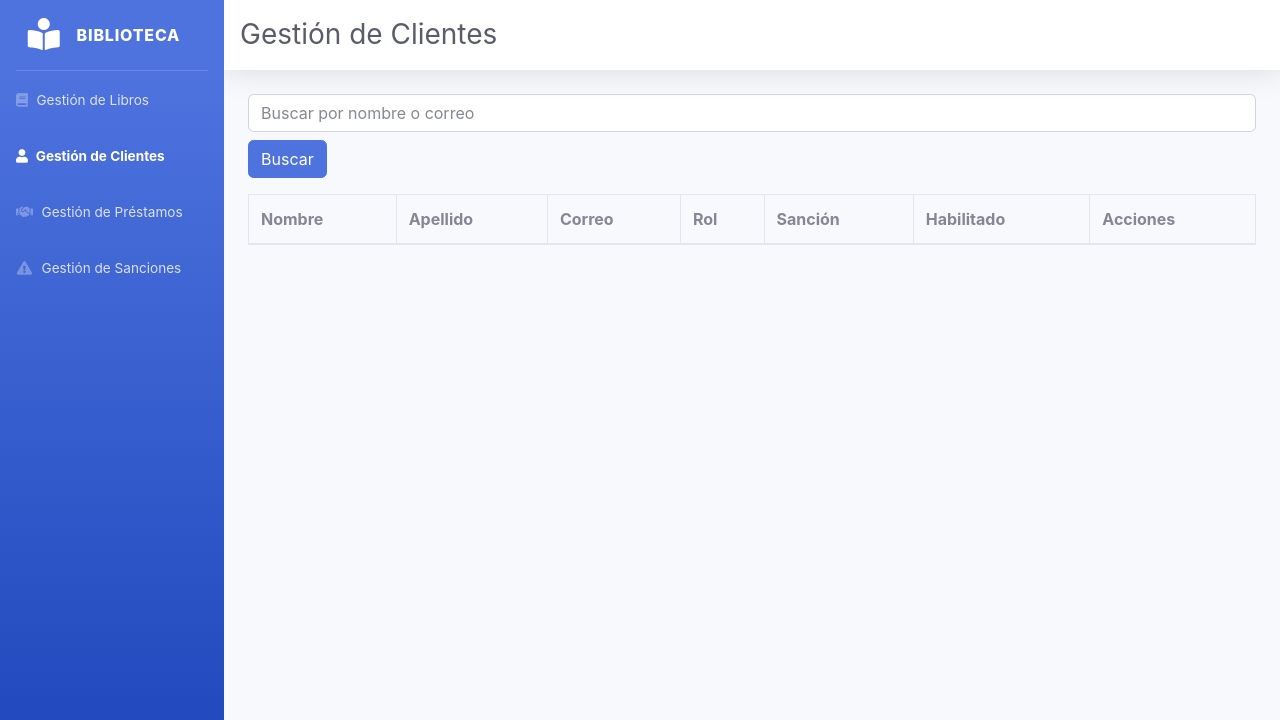
Repository: maycky02/Bibloteca_integrador
Page: http://localhost/admin/clientes
The author's editor kept a copy of each file at every save. The page is drawn from the files as they stood at one save, then again after the next save.
The browser window is 1280 px wide. The pictures show the whole page.
The page is this project's Thymeleaf template; nobody is signed in. Other server files are loaded and not shown. The template is opened directly, without the code that normally fills it, so the values that code supplies are empty.

Above is the page before, as saved 2024-11-27 01:38:52.

### Bibloteca/src/main/resources/templates/admin/clientes.html
<!DOCTYPE html>
<html lang="es" xmlns:th="http://www.thymeleaf.org">
<head>
    <meta charset="UTF-8">
    <meta name="viewport" content="width=device-width, initial-scale=1.0">
    <title>Gestión de Clientes</title>
    <!-- Estilos de la plantilla SB Admin 2 -->
    <link rel="stylesheet" href="/css/sb-admin-2.min.css">
    <link rel="stylesheet" href="/vendor/fontawesome-free/css/all.min.css">
</head>
<body id="page-top">
    <!-- Contenedor principal -->
    <div id="wrapper">
        <!-- Sidebar -->
        <ul class="navbar-nav bg-gradient-primary sidebar sidebar-dark accordion" id="accordionSidebar">
            <!-- Título del sidebar -->
            <a class="sidebar-brand d-flex align-items-center justify-content-center" href="#">
                <div class="sidebar-brand-icon">
                    <i class="fas fa-book-reader"></i>
                </div>
                <div class="sidebar-brand-text mx-3">Biblioteca</div>
            </a>
            <!-- Divider -->
            <hr class="sidebar-divider my-0">
            <!-- Opciones de navegación -->
            <li class="nav-item">
                <a class="nav-link" href="/admin/libros">
                    <i class="fas fa-book"></i>
                    <span>Gestión de Libros</span>
                </a>
            </li>
            <li class="nav-item active">
                <a class="nav-link" href="/admin/clientes">
                    <i class="fas fa-user"></i>
                    <span>Gestión de Clientes</span>
                </a>
            </li>
            <li class="nav-item">
                <a class="nav-link" href="/admin/prestamos">
                    <i class="fas fa-handshake"></i>
                    <span>Gestión de Préstamos</span>
                </a>
            </li>
            <li class="nav-item">
                <a class="nav-link" href="/admin/sanciones">
                    <i class="fas fa-fw fa-exclamation-triangle"></i>
                    <span>Gestión de Sanciones</span>
                </a>
            </li>
        </ul>
        <!-- Fin Sidebar -->

        <!-- Contenido Principal -->
        <div id="content-wrapper" class="d-flex flex-column">
            <div id="content">
                <!-- Barra de Navegación -->
                <nav class="navbar navbar-expand navbar-light bg-white topbar mb-4 static-top shadow">
                    <h1 class="h3 mb-0 text-gray-800">Gestión de Clientes</h1>
                </nav>

                <!-- Contenido de la Página -->
                <div class="container-fluid">
                    <!-- Formulario de búsqueda -->
                    <form method="get" action="/admin/clientes" class="mb-3">
                        <input type="text" name="filtro" placeholder="Buscar por nombre o correo" class="form-control" />
                        <button type="submit" class="btn btn-primary mt-2">Buscar</button>
                    </form>

                    <!-- Listado de Clientes -->
                    <table class="table table-bordered">
                        <thead>
                            <tr>
                                <th>Nombre</th>
                                <th>Apellido</th>
                                <th>Correo</th>
                                <th>Rol</th>
                                <th>Sanción</th>
                                <th>Habilitado</th>
                                <th>Acciones</th>
                            </tr>
                        </thead>
                        <tbody>
                            <tr th:each="cliente : ${clientes}">
                                <td th:text="${cliente.nombre}"></td>
                                <td th:text="${cliente.apellido}"></td>
                                <td th:text="${cliente.correo}"></td>
                                <td th:text="${cliente.rol}"></td>
                                <td th:text="${cliente.tieneSancion ? 'Sí' : 'No'}"></td>
                                <td th:text="${cliente.habilitado ? 'Sí' : 'No'}"></td>
                                <td>
                                    <a th:href="@{/admin/clientes/editar/{id}(id=${cliente.id})}" class="btn btn-warning">Editar</a>
                                    <a th:href="@{/admin/clientes/eliminar/{id}(id=${cliente.id})}" class="btn btn-danger">Eliminar</a>
                                    <a th:href="@{/admin/clientes/sancionar/{id}(id=${cliente.id})}" th:if="${!cliente.tieneSancion}" class="btn btn-dark">Sancionar</a>
                                    <a th:href="@{/admin/clientes/levantar-sancion/{id}(id=${cliente.id})}" th:if="${cliente.tieneSancion}" class="btn btn-success">Levantar Sanción</a>
                                    <a th:href="@{/admin/clientes/inhabilitar/{id}(id=${cliente.id})}" th:if="${cliente.habilitado}" class="btn btn-secondary">Inhabilitar</a>
                                    <a th:href="@{/admin/clientes/habilitar/{id}(id=${cliente.id})}" th:if="${!cliente.habilitado}" class="btn btn-primary">Habilitar</a>
                                </td>
                            </tr>
                        </tbody>
                    </table>
                </div>
            </div>
        </div>
    </div>

    <!-- Scripts de dependencias -->
    <script src="/vendor/jquery/jquery.min.js"></script>
    <script src="/vendor/bootstrap/js/bootstrap.bundle.min.js"></script>
    <script src="/js/sb-admin-2.min.js"></script>
</body>
</html>

Loaded but not shown: Bibloteca/src/main/resources/static/css/sb-admin-2.min.css (library); Bibloteca/src/main/resources/static/js/sb-admin-2.min.js (common file)

After the next save:
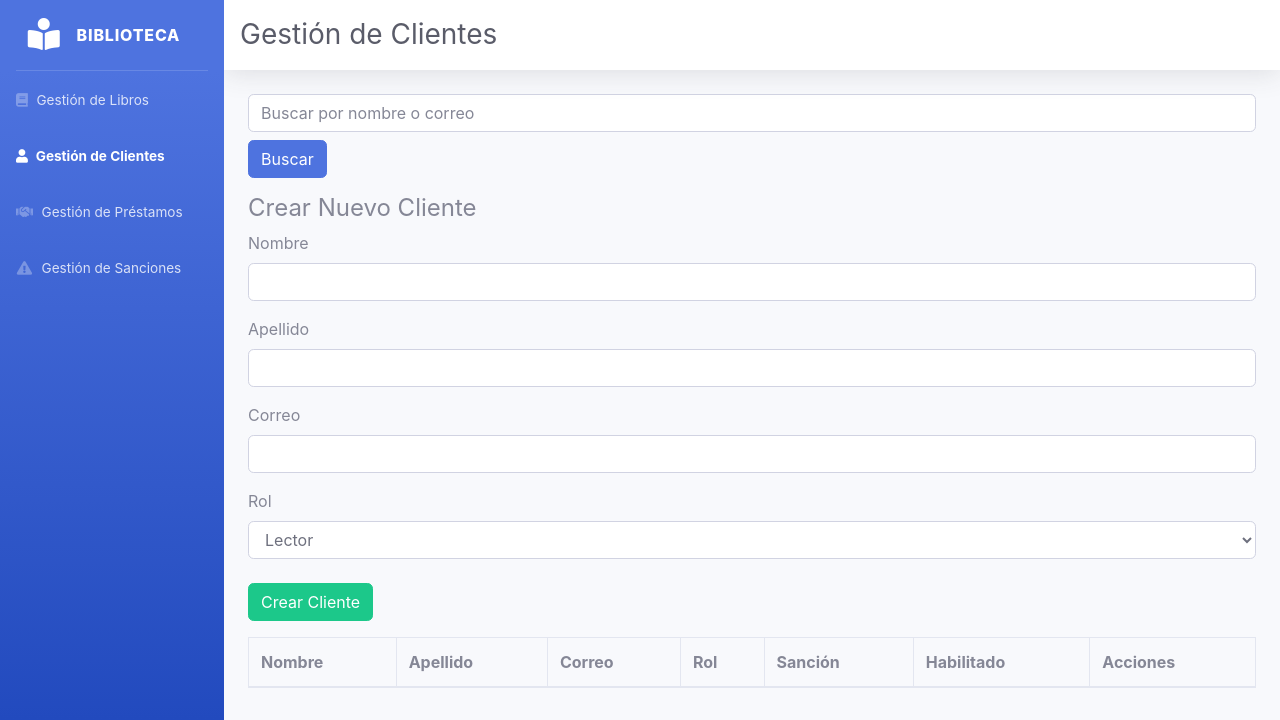
Saved 20 min 14 s later.
--- a/Bibloteca/src/main/resources/templates/admin/clientes.html
+++ b/Bibloteca/src/main/resources/templates/admin/clientes.html
@@ -66,6 +66,30 @@
                         <button type="submit" class="btn btn-primary mt-2">Buscar</button>
                     </form>
 
+                    <!-- Formulario de creación de nuevo cliente (solo para bibliotecarios) -->
+                    <form method="post" action="/admin/clientes" class="mb-3">
+                        <h4>Crear Nuevo Cliente</h4>
+                        <div class="form-group">
+                            <label for="nombre">Nombre</label>
+                            <input type="text" id="nombre" name="nombre" class="form-control" required />
+                        </div>
+                        <div class="form-group">
+                            <label for="apellido">Apellido</label>
+                            <input type="text" id="apellido" name="apellido" class="form-control" required />
+                        </div>
+                        <div class="form-group">
+                            <label for="correo">Correo</label>
+                            <input type="email" id="correo" name="correo" class="form-control" required />
+                        </div>
+                        <div class="form-group">
+                            <label for="rol">Rol</label>
+                            <select id="rol" name="rol" class="form-control" required>
+                                <option value="LECTOR">Lector</option>
+                            </select>
+                        </div>
+                        <button type="submit" class="btn btn-success mt-2">Crear Cliente</button>
+                    </form>
+
                     <!-- Listado de Clientes -->
                     <table class="table table-bordered">
                         <thead>
